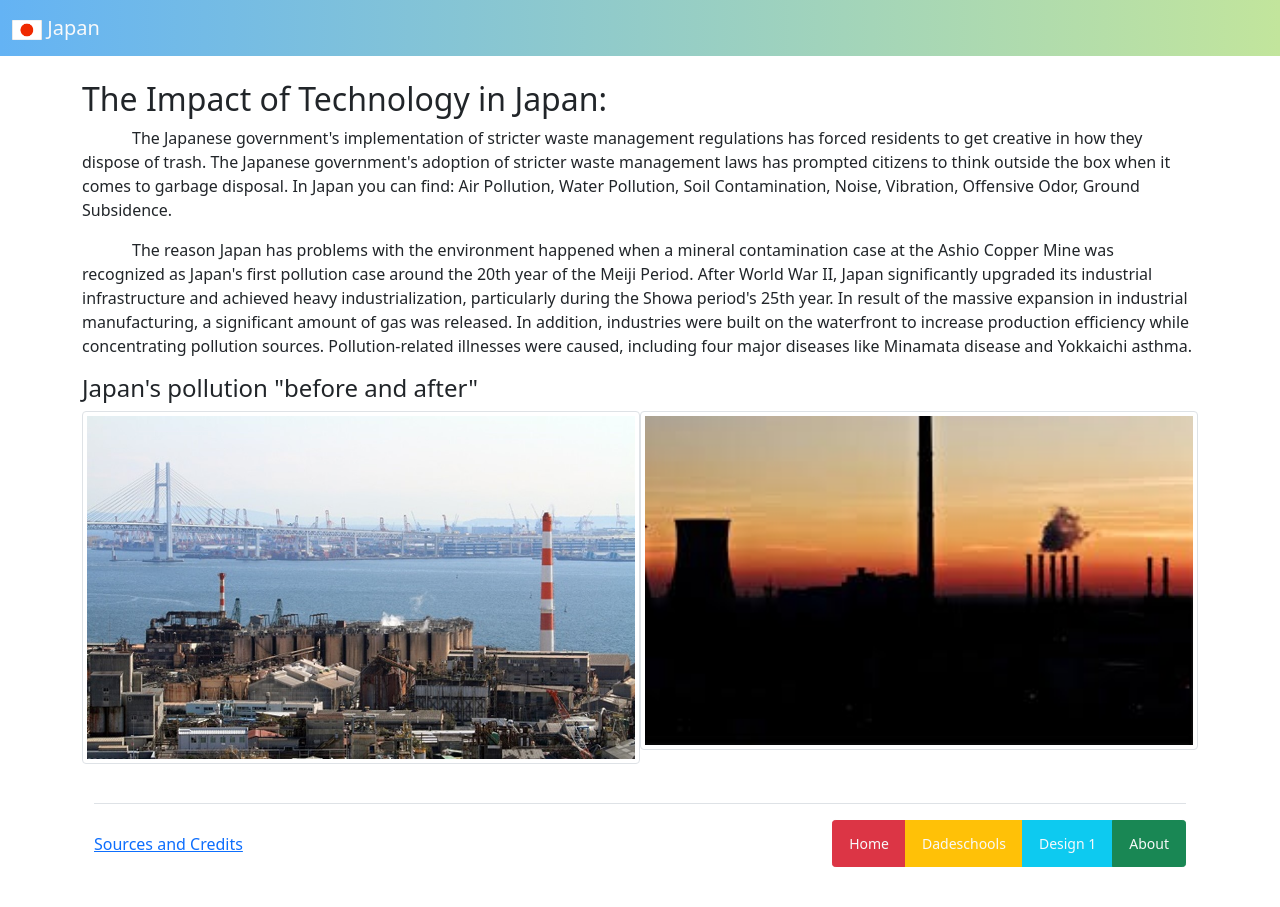
Repository: mrchilliballs/mrchilliballs.github.io
Page: untitled-2.html
These files come from the project's save history. The page is drawn as it stood at one moment and after the next save; the edit follows.
The browser window is 1280 px wide. The pictures show the whole page.

Above is the page before, as saved 2021-09-03 16:05:26.

### untitled-2.html
<!DOCTYPE html>
<html lang="en">
<head>
    <meta charset="UTF-8">
    <meta http-equiv="X-UA-Compatible" content="IE=edge">
    <!-- CSS only -->
<link href="https://cdn.jsdelivr.net/npm/bootstrap@5.1.0/dist/css/bootstrap.min.css" rel="stylesheet" integrity="sha384-KyZXEAg3QhqLMpG8r+8fhAXLRk2vvoC2f3B09zVXn8CA5QIVfZOJ3BCsw2P0p/We" crossorigin="anonymous">
    <meta name="viewport" content="width=device-width, initial-scale=1.0">
    <title>Document</title>
    <style>
@keyframes AnimationName {
    0%{background-position:0% 50%}
    50%{background-position:100% 50%}
    100%{background-position:0% 50%}
}
#navabr {
    animation: AnimationName 1s ease infinite !important;
    background: #c2e59c;  /* fallback for old browsers */
    background: -webkit-linear-gradient(to right, #64b3f4, #c2e59c);  /* Chrome 10-25, Safari 5.1-6 */
    background: linear-gradient(to right, #64b3f4, #c2e59c); /* W3C, IE 10+/ Edge, Firefox 16+, Chrome 26+, Opera 12+, Safari 7+ */
}
    </style>
</head>
<body>
    <nav class="navbar navbar-light bg-light fixed-top" id="navabr">
        <div class="container-fluid">
          <a class="navbar-brand" href="#">
            <img src="japan.gif" alt="" width="30" height="20 class="d-inline-block align-text-top">
            <span class="text-light">Japan</span>
          </a>
        </div>
      </nav>
    <main class="container">
<h2 style="margin-top:80px;">The Impact of Technology in Japan:</h2>
	<p style="text-indent: 50px;">The Japanese government's implementation of stricter waste management regulations has forced residents to get creative in how they dispose of trash. The Japanese government's adoption of stricter waste management laws has prompted citizens to think outside the box when it comes to garbage disposal. In Japan you can find: Air Pollution, Water Pollution, Soil Contamination, Noise, Vibration, Offensive Odor, Ground Subsidence.
	<br></p><p style="text-indent: 50px;">The reason Japan has problems with the environment happened when a mineral contamination case at the Ashio Copper Mine was recognized as Japan's first pollution case around the 20th year of the Meiji Period. After World War II, Japan significantly upgraded its industrial infrastructure and achieved heavy industrialization, particularly during the Showa period's 25th year. In result of the massive expansion in industrial manufacturing, a significant amount of gas was released. In addition, industries were built on the waterfront to increase production efficiency while concentrating pollution sources. Pollution-related illnesses were caused, including four major diseases like Minamata disease and Yokkaichi asthma.
    </p>
    <h4>Japan's pollution "before and after"</h4>
    <img src="Picture1.jpg" class="rounded img-thumbnail img-fluid float-start" alt="..." height="50%" width="50%">
    <img src="Picture2.jpg" class="rounded img-thumbnail img-fluid float-end" alt="..." height="50%" width="50%">
    <div style="margin-bottom: 25rem;"></div>
        <div class="container">
            <footer class="d-flex flex-wrap justify-content-between align-items-center py-3 my-4 border-top" style="">
              <div class="dropdown">
                <a class="" href="#" role="button" id="dropdownMenuLink" data-bs-toggle="dropdown" aria-expanded="false">
                  Sources and Credits
                </a>

                <ul class="dropdown-menu" aria-labelledby="dropdownMenuLink">
                  <li><a class="dropdown-item" href="https://www.world-weather-travellers-guide.com/air-pollution-in-japan.htm">Source 1</a></li>
                  <li><a class="dropdown-item" href="https://www.nytimes.com/1964/12/26/archives/tokyo-troubled-by-air-pollution-emphasis-in-smog-control-is-still.html">Source 2</a></li>
                  <li><a class="dropdown-item" href="https://creativecommons.org/licenses/by-nc/2.0/s">Source 3</a></li>
                  <li><a class="dropdown-item" href="https://encyclopedia.1914-1918 online.net/article/science_and_technology_japan ">Source 4</a></li>
                  <li><a class="dropdown-item" href="https://en.wikipedia.org/wiki/Tokyo">Source 5</a></li>
                  <li><a class="dropdown-item" href="https://en.wikipedia.org/wiki/Meiji_Restoration ">Source 6</a></li>
                </ul>
              </div>
              <a href="/" class="col-md-4 d-flex align-items-center justify-content-center mb-3 mb-md-0 me-md-auto link-dark text-decoration-none">
                <svg class="bi me-2" width="40" height="32"><use xlink:href="#bootstrap"></use></svg>
              </a>

              <ul class="nav col-md-4 justify-content-end">
                <div class="btn-group" role="group" aria-label="Basic mixed styles example">
                    <button type="button" class="btn btn-danger btn-sm"><li class="nav-item"><a href="#" class="nav-link px-2 text-light">Home</a></li></button>
                    <button type="button" class="btn btn-warning btn-sm"><li class="nav-item"><a href="https://www3.dadeschools.net" class="nav-link px-2 text-light">Dadeschools</a></li></button>
                    <button type="button" class="btn btn-info btn-sm"><li class="nav-item"><a href="index.html" class="nav-link px-2 text-light">Design 1</a></li></button>
                    <button type="button" class="btn btn-success btn-sm"><li class="nav-item"><a class="nav-link px-2 text-light" href="#" role="button" id="dropdownMenuLink" data-bs-toggle="dropdown" aria-expanded="false">About</a><ul class="dropdown-menu" aria-labelledby="dropdownMenuLink1">
                      <li class="dropdown-item">We made this website using the program language "HTML". It took us a lot of work and we hope we get a good grade on this because we did our best on this website.</li>
                    </ul></li>
                    </button>
                  </div>
              </ul>
            </footer>
          </div>
          <!-- JavaScript Bundle with Popper -->
<script src="https://cdn.jsdelivr.net/npm/bootstrap@5.1.0/dist/js/bootstrap.bundle.min.js" integrity="sha384-U1DAWAznBHeqEIlVSCgzq+c9gqGAJn5c/t99JyeKa9xxaYpSvHU5awsuZVVFIhvj" crossorigin="anonymous"></script>
    </main>
</body>
</html>

After the next save:
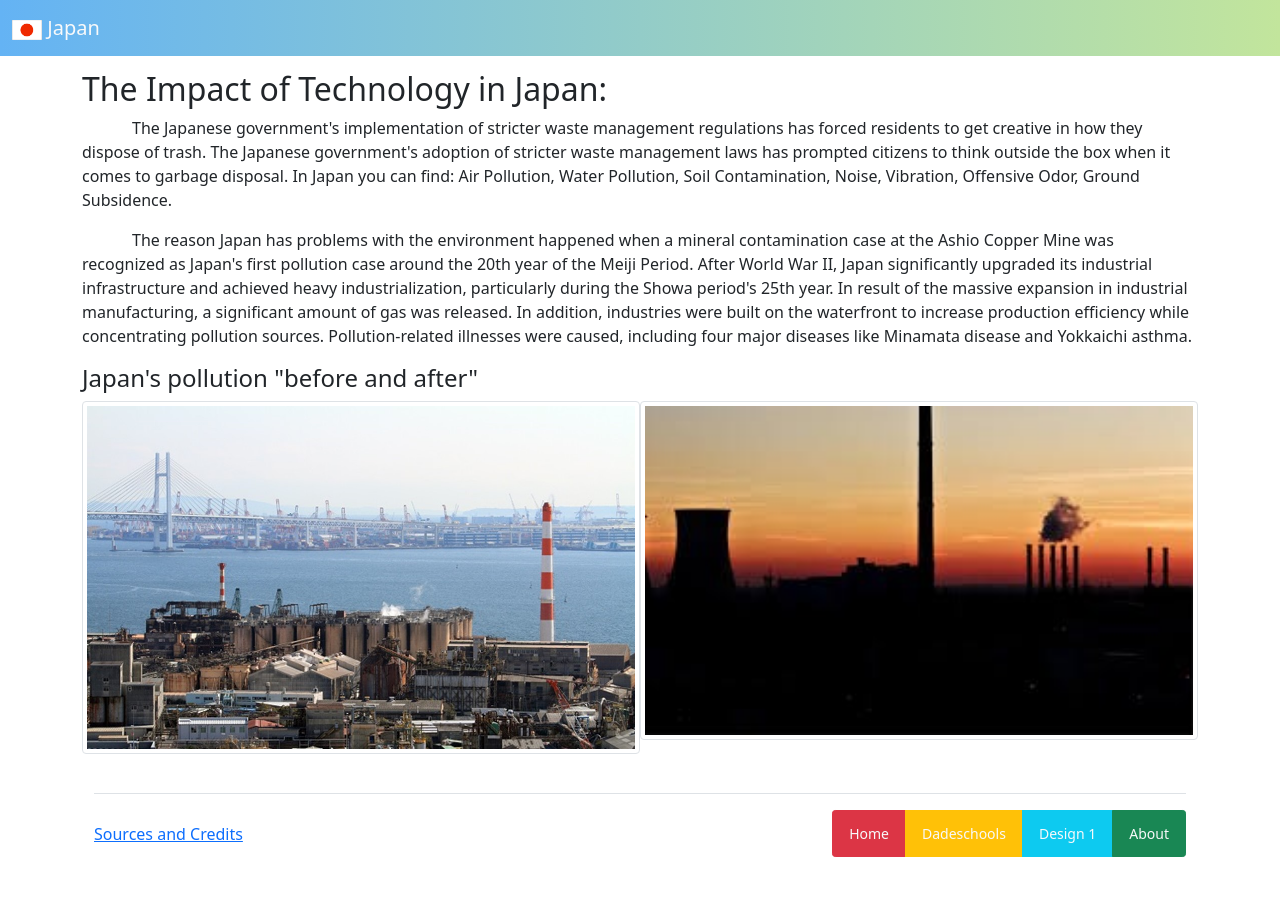
Saved 9 s later.
--- a/untitled-2.html
+++ b/untitled-2.html
@@ -31,7 +31,7 @@
         </div>
       </nav>
     <main class="container">
-<h2 style="margin-top:80px;">The Impact of Technology in Japan:</h2>
+<h2 style="margin-top:70px;">The Impact of Technology in Japan:</h2>
 	<p style="text-indent: 50px;">The Japanese government's implementation of stricter waste management regulations has forced residents to get creative in how they dispose of trash. The Japanese government's adoption of stricter waste management laws has prompted citizens to think outside the box when it comes to garbage disposal. In Japan you can find: Air Pollution, Water Pollution, Soil Contamination, Noise, Vibration, Offensive Odor, Ground Subsidence.
 	<br></p><p style="text-indent: 50px;">The reason Japan has problems with the environment happened when a mineral contamination case at the Ashio Copper Mine was recognized as Japan's first pollution case around the 20th year of the Meiji Period. After World War II, Japan significantly upgraded its industrial infrastructure and achieved heavy industrialization, particularly during the Showa period's 25th year. In result of the massive expansion in industrial manufacturing, a significant amount of gas was released. In addition, industries were built on the waterfront to increase production efficiency while concentrating pollution sources. Pollution-related illnesses were caused, including four major diseases like Minamata disease and Yokkaichi asthma.
     </p>
